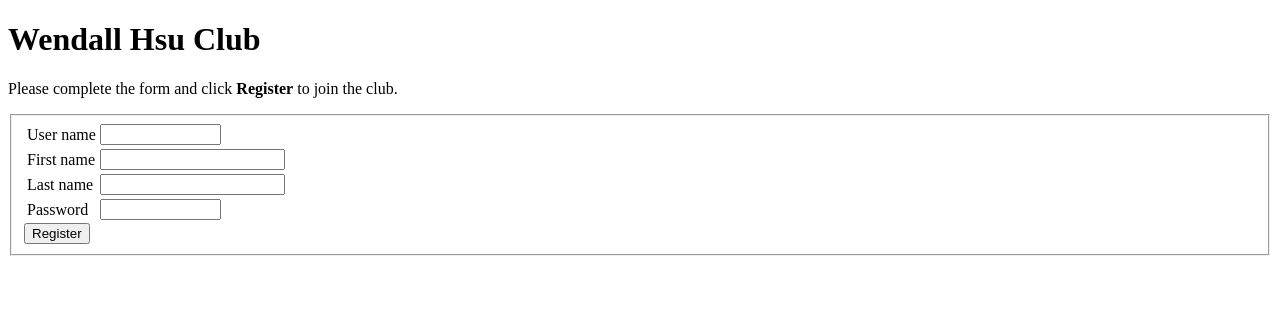
Repository: hsunami21/JavaEE
Page: http://localhost/WendallHsuClubMembershipWeb/register.jsp
The author's editor kept a copy of each file at every save. The page is drawn from the files as they stood at one save, then again after the next save.
The browser window is 1280 px wide. The pictures show the whole page.
The page is served by Tomcat 9.

Above is the page before, as saved 2015-11-11 17:20:08.

After the next save:
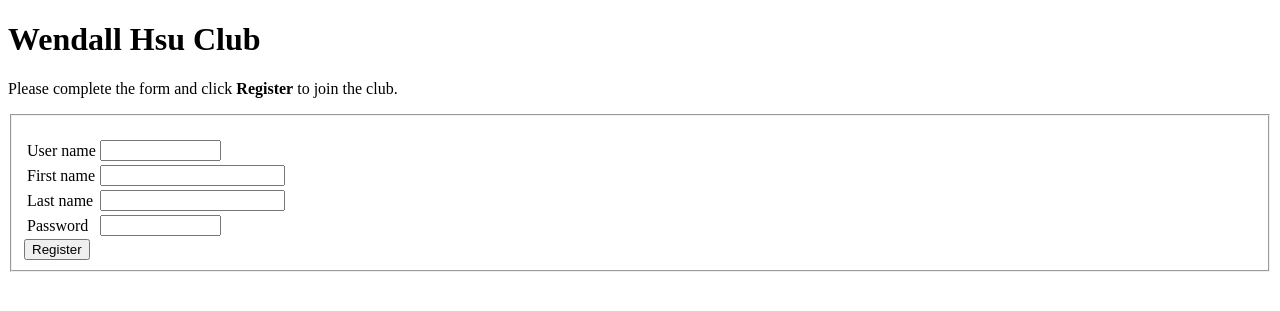
Saved 63 s later.
--- a/WendallHsuClubMembershipWeb/WebContent/register.jsp
+++ b/WendallHsuClubMembershipWeb/WebContent/register.jsp
@@ -10,6 +10,7 @@
 <h1>Wendall Hsu Club</h1>
 <p>Please complete the form and click <span style="font-weight:bold">Register</span> to join the club.
 <fieldset>
+<p><font color="red">${requestScope.message}</font></p>
 <form method="post" action="${pageContext.request.contextPath}/register">
 <table border="0">
 		<tr>
